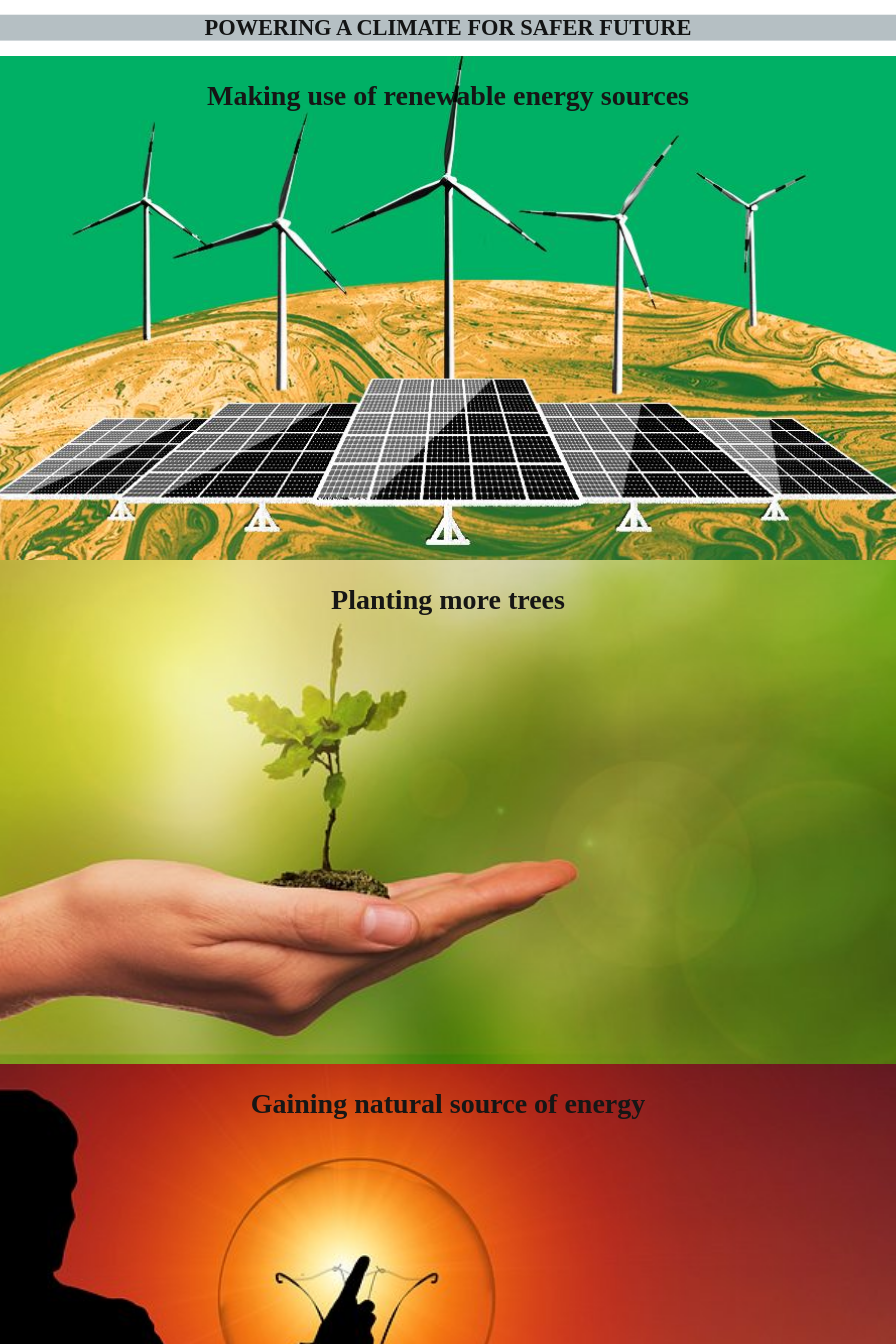
Repository: NavinDayanithi/static-web-design-competition
Page: index.html
These files come from the project's save history. The page is drawn as it stood at one moment and after a run of saves; the edit follows.
The browser window is 1280 px wide. The pictures show the part of the page from y = 0 to 1920 px (the page is 4420 px tall), at 70% of full size.
Backgrounds fixed to the window are drawn as part of the page.

Above is the page before, as saved 2023-04-28 20:41:02.

After the next 2 saves:
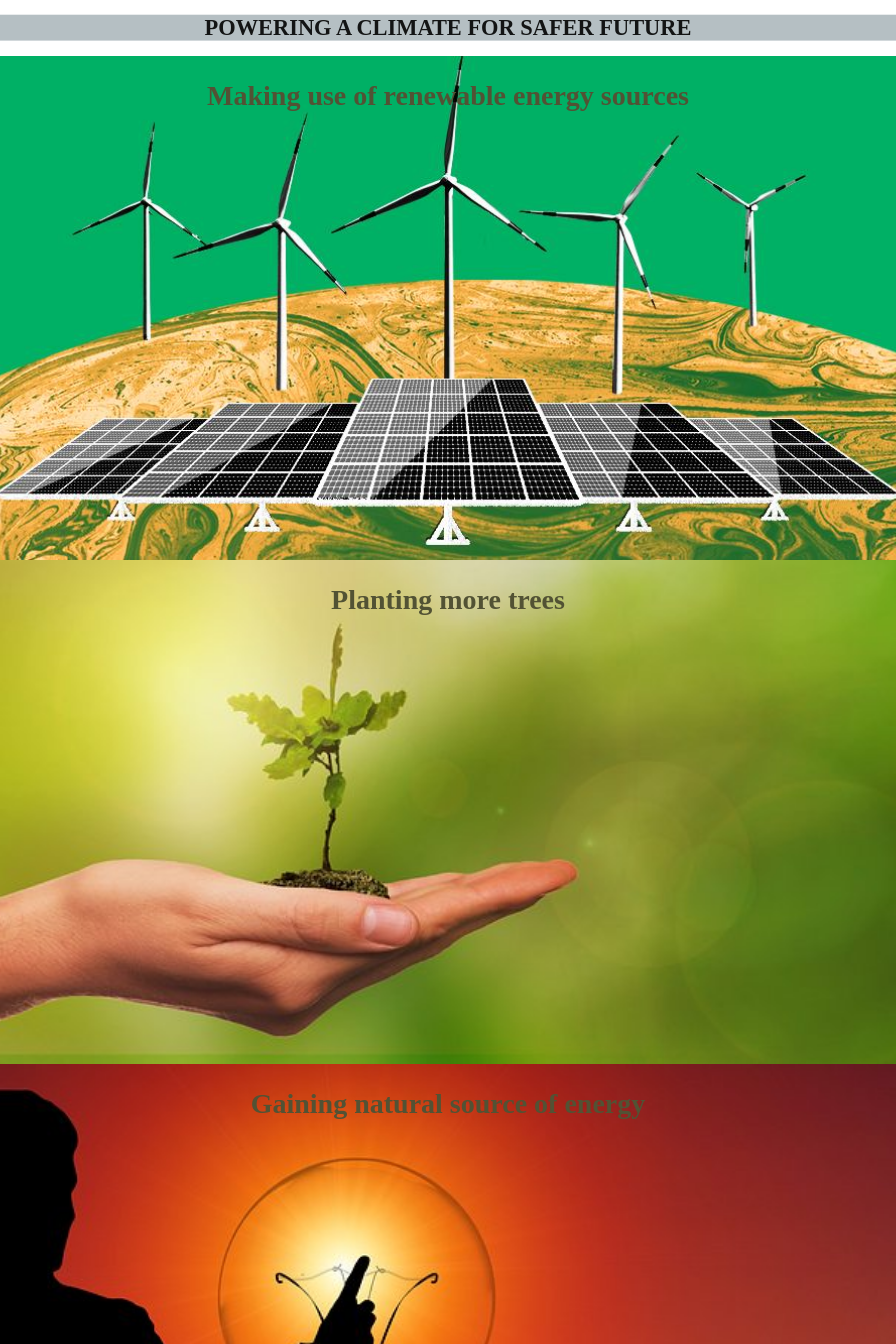
The 2 saves are shown as one change because they came seconds apart.
The last was saved 35 s later.
--- a/styles.css
+++ b/styles.css
@@ -8,7 +8,7 @@ h1
 }
 h2{
     text-align: center;
-    color: rgb(22, 22, 21);
+    color: rgb(82, 82, 52);
     font-size:40px;
 }
 
